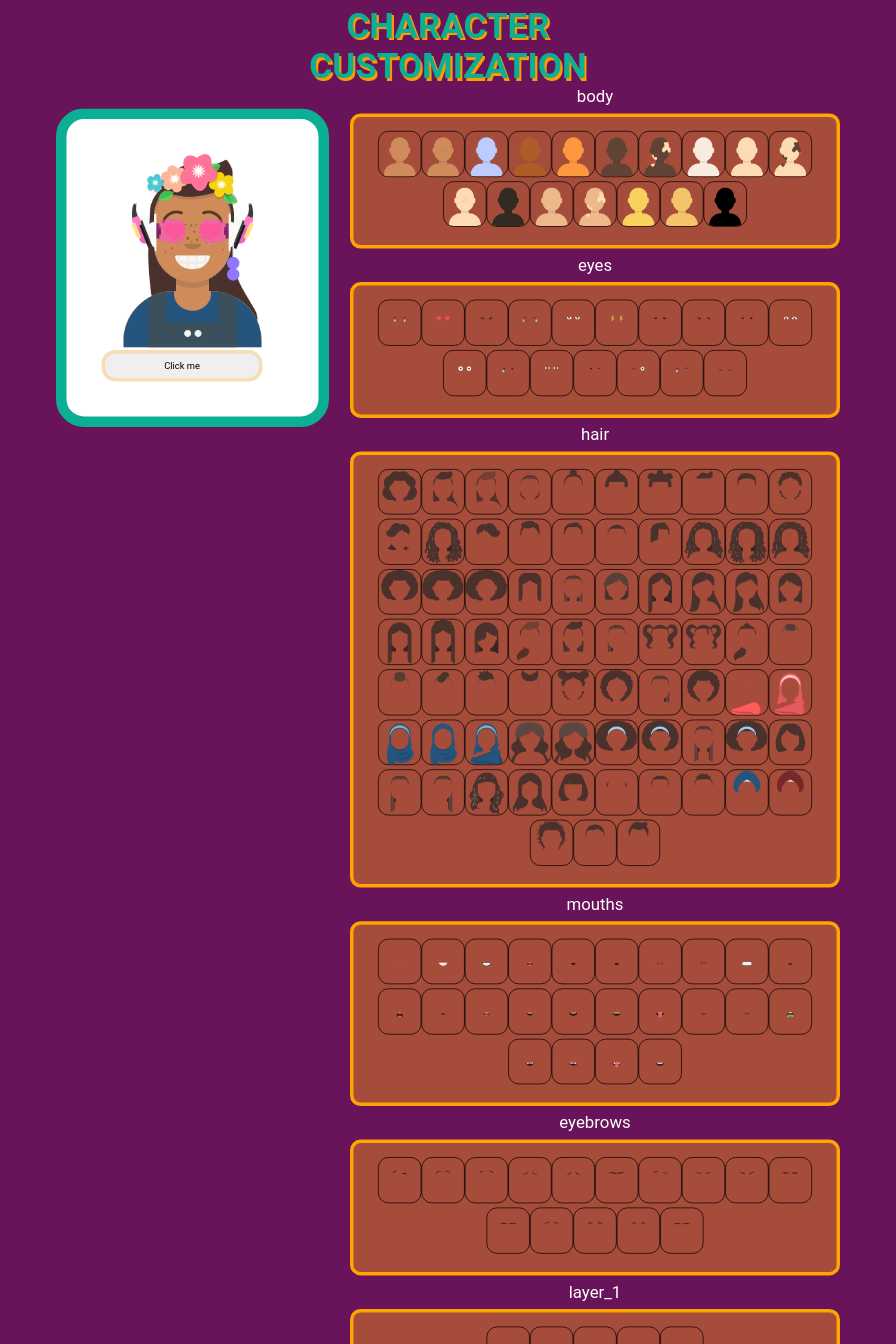
Repository: Kamaric112/react_clothing
Page: /
The author's editor kept a copy of each file at every save. The page is drawn from the files as they stood at one save, then again after the next save.
The browser window is 1280 px wide. The pictures show the part of the page from y = 0 to 1920 px (the page is 3287 px tall), at 70% of full size.
The project was rebuilt for these pictures with package versions that can differ from the ones it lists, and the page was loaded fresh each time.

Above is the page before, as saved 2022-08-29 21:08:02.

After the next save:
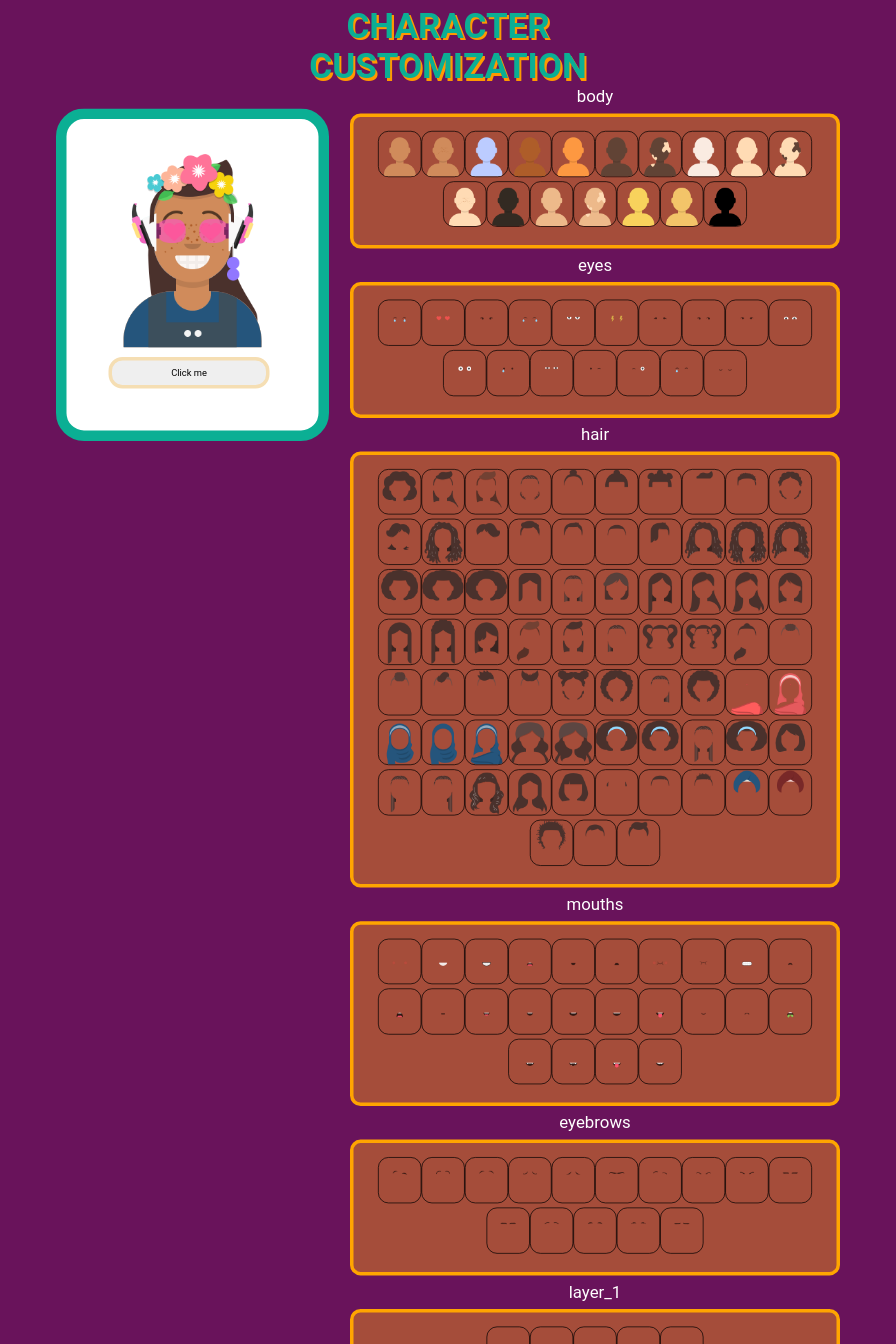
Saved 9 s later.
--- a/src/components/App.css
+++ b/src/components/App.css
@@ -61,7 +61,7 @@ body {
   padding: 10px;
   width: 200px;
   border-radius: 20px;
-  left: 50%;
+  margin: 10px;
 }
 
 .list-section {
